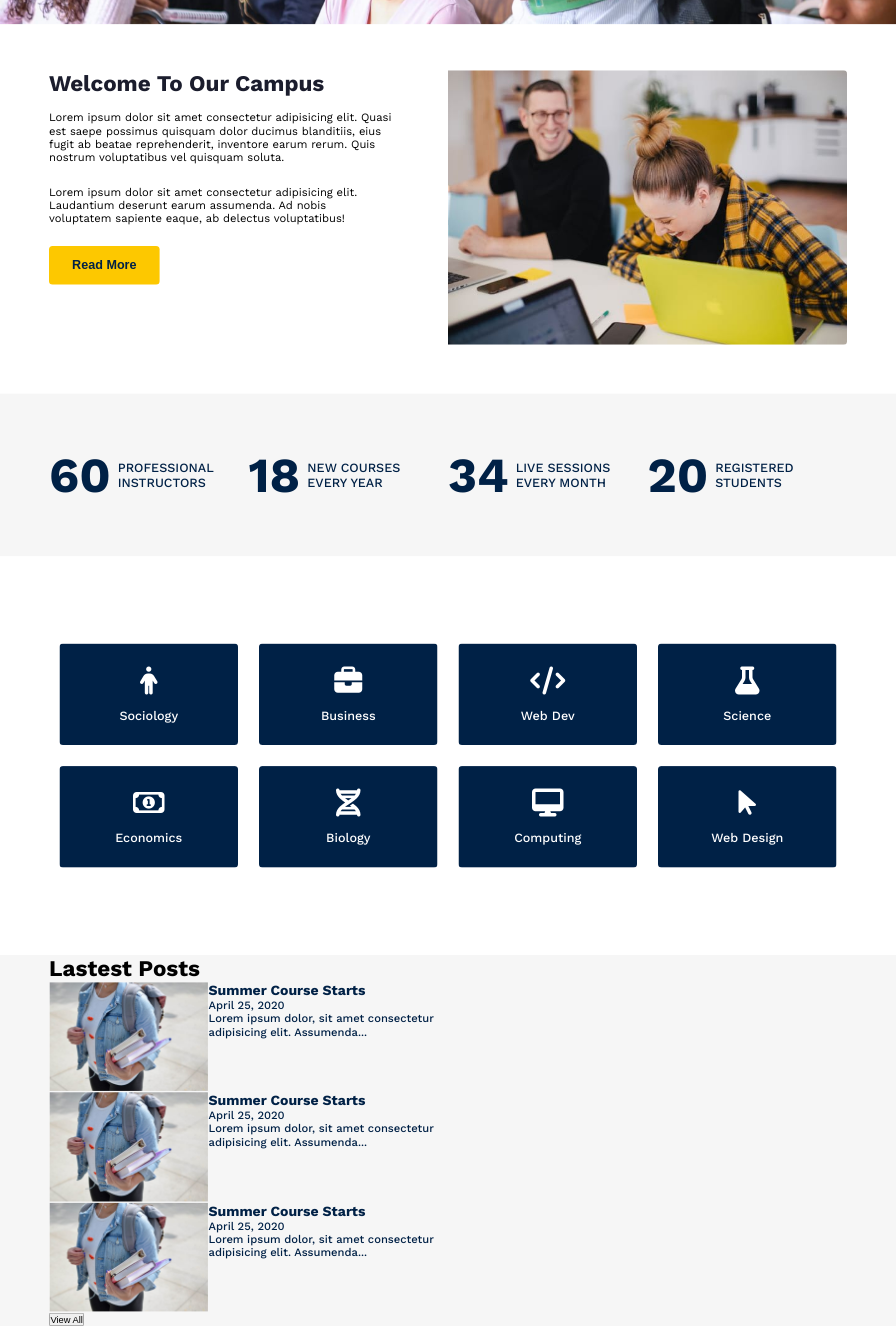
Repository: giahuy405/BC38__Mastery__Pham_Gia_Huy
Page: index.html
These files come from the project's save history. The page is drawn as it stood at one moment and after the next save; the edit follows.
The browser window is 1280 px wide. The pictures show the part of the page from y = 669 to 2589 px (the page is 2563 px tall before and 2589 px after), at 70% of full size.

Above is the page before, as saved 2022-09-10 01:17:59.

### index.html
<!DOCTYPE html>
<html lang="en">
<head>
    <meta charset="UTF-8">
    <meta http-equiv="X-UA-Compatible" content="IE=edge">
    <meta name="viewport" content="width=device-width, initial-scale=1.0">
    <title>Document</title>
    <link href="https://fonts.googleapis.com/css2?family=Montserrat:wght@300;400;500;700;900&family=Work+Sans:wght@300;400;500;700&display=swap" rel="stylesheet">
    <link rel="stylesheet" href="https://cdnjs.cloudflare.com/ajax/libs/font-awesome/6.2.0/css/all.min.css">
    <link rel="stylesheet" href="./index.css">
</head>
<body>
    <header>
        <div class="container">
            <i class="fa-solid fa-pen-to-square"></i>
            <div class="header__title">
                <h1>Mastery</h1>
            </div>
        </div>
    </header>
    <nav>
        <div class="container">
            <ul>
                <li><div class="wrapper"><span class="square individual"><a class="ninth before after"  href="#">Home</a></span></div></li>
                <li><div class="wrapper"><span class="square individual"><a class="ninth before after"  href="#">About</a></span></div></li>
                <li><div class="wrapper"><span class="square individual"><a class="ninth before after"  href="#">Services</a></span></div></li>
                <li><div class="wrapper"><span class="square individual"><a class="ninth before after"  href="#">Contact</a></span></div></li>
            </ul>
        </div>
    </nav>
    <div class="carousel">
        <img src="./img/carousel__website.png" alt="">
    </div>
    <div class="welcome container">
        <div class="welcome__content">
            <h1>Welcome To Our Campus</h1>
            <p>Lorem ipsum dolor sit amet consectetur adipisicing elit. Quasi est saepe possimus quisquam dolor ducimus blanditiis, eius fugit ab beatae reprehenderit, inventore earum rerum. Quis nostrum voluptatibus vel quisquam soluta.</p>

            <p>Lorem ipsum dolor sit amet consectetur adipisicing elit. Laudantium deserunt earum assumenda. Ad nobis voluptatem sapiente eaque, ab delectus voluptatibus!</p>
            <button>Read More</button>
        </div>
        <div class="welcome__img">
            <img src="./img/g1.jpg" alt="">
        </div>
        <div class="clear"></div>
    </div>
    <div class="information">
       <div class="container">
            <div class="information__content">
                <div class="information__title">
                    <h1>60</h1>
                </div>
                <div class="information__desc">
                    <p>PROFESSIONAL</p>
                    <p>INSTRUCTORS</p>
                </div>
                <div class="clear"></div>
            </div>
            <div class="information__content">
                <div class="information__title">
                    <h1>18</h1>
                </div>
                <div class="information__desc">
                    <p>NEW COURSES</p>
                    <p>EVERY YEAR</p>
                </div>
                <div class="clear"></div>
            </div>
            <div class="information__content">
                <div class="information__title">
                    <h1>34</h1>
                </div>
                <div class="information__desc">
                    <p>LIVE SESSIONS</p>
                    <p>EVERY MONTH</p>
                </div>
                <div class="clear"></div>
            </div>
            <div class="information__content">
                <div class="information__title">
                    <h1>20</h1>
                </div>
                <div class="information__desc">
                    <p>REGISTERED</p>
                    <p>STUDENTS</p>
                </div>
                <div class="clear"></div>
            </div>
            <div class="clear"></div>
       </div>
    </div>
    <div class="cards">
        <div class="container">
            <div class="cards-top">
                <div class="card">
                    <a href="#">
                        <div class="card__item">
                            <i class="fa-solid fa-person"></i>
                            <p>Sociology</p>
                        </div>
                    </a>
                </div>
                <div class="card">
                    <a href="#">
                        <div class="card__item">
                            <i class="fa-solid fa-briefcase"></i>
                            <p>Business</p>
                        </div>
                    </a>
                </div>
                <div class="card">
                   <a href="#">
                        <div class="card__item">
                            <i class="fa-solid fa-code"></i>
                            <p>Web Dev</p>
                        </div>
                   </a>
                </div>
                <div class="card">
                   <a href="#">
                        <div class="card__item">
                            <i class="fa-solid fa-flask"></i>
                            <p>Science</p>
                        </div>
                   </a>
                </div>
                <div class="clear"></div>
            </div>
            <div class="card-bottom">
                <div class="card">
                    <a href="#">
                        <div class="card__item">
                            <i class="fa-regular fa-money-bill-1"></i>
                            <p>Economics</p>
                        </div>
                    </a>
                </div>
                <div class="card">
                   <a href="#">
                        <div class="card__item">
                            <i class="fa-solid fa-dna"></i>
                            <p>Biology</p>
                        </div>
                   </a>
                </div>
                <div class="card">
                    <a  href="#">
                        <div class="card__item">
                            <i class="fa-solid fa-desktop"></i>
                            <p>Computing</p>
                        </div>
                    </a>
                </div>
                <div class="card">
                    <a href="#">
                        <div class="card__item">
                            <i class="fa-solid fa-arrow-pointer"></i>
                            <p>Web Design</p>
                        </div>
                    </a>
                </div>
                <div class="clear"></div>
            </div>
        </div>
    </div>
    <div class="news">
        <div class="container">
            <div class="news__lastest-post">
                <h1>Lastest Posts</h1>
                <div class="lastest-post__items">
                    <div class="lastest-post__item">
                        <a href="#" title="Click to learn more">
                            <img src="./img/g9.jpg" alt="">
                            <div class="lastest-post__desc">
                                <h2 >Summer Course Starts</h2>
                                <p>April 25, 2020</p>
                                <p>Lorem ipsum dolor, sit amet consectetur adipisicing elit. Assumenda...</p>
                            </div>
                            <div class="clear"></div>
                        </a>
                    </div>
                    <div class="lastest-post__item">
                        <a href="#">
                            <img src="./img/g9.jpg" alt="">
                            <div class="lastest-post__desc">
                                <h2>Summer Course Starts</h2>
                                <p>April 25, 2020</p>
                                <p>Lorem ipsum dolor, sit amet consectetur adipisicing elit. Assumenda...</p>
                            </div>
                            <div class="clear"></div>
                        </a>
                    </div>
                    <div class="lastest-post__item">
                        <a href="#" >
                            <img src="./img/g9.jpg" alt="">
                            <div class="lastest-post__desc">
                                <h2>Summer Course Starts</h2>
                                <p>April 25, 2020</p>
                                <p>Lorem ipsum dolor, sit amet consectetur adipisicing elit. Assumenda...</p>
                            </div>
                            <div class="clear"></div>
                        </a>
                    </div>
                </div>
                <button>View All</button>
            </div>
            <div class="news__upcoming__events">

            </div>
            <div class="clear"></div>
        </div>
    </div>

</body>
</html>

### index.css
*{
    padding: 0;
    margin: 0;
    box-sizing: border-box;
}
.clear{
    clear: both;
}
html{
    font-size: 16px;
    font-family: 'Work Sans', sans-serif;
}
.container{
    width: 1140px;
    margin: 0 auto;
}
header{
    position: relative;
    margin-top: 15px;
}
.header__title{
    display: inline-block;
     position: absolute;
     top: -4px;
    left: 160px;
}
.header__title h1{
    font-size: 35px;
    color: #1b1d2d;
}
header i{
    background-color: #002146;
    height: 36px;
    width: 36px;
    border-radius: 50%;
    color: #fdc800;
    text-align: center;
    padding-top: 9px;

}
nav ul{
    list-style: none;
    margin-top: 15px;
    margin-left: 18px;

}
nav li{
    display: inline;
    margin-right: 30px;
}

 /*  Hover for Navigation bar */
.wrapper{
    margin:2em 0;
    display: inline;
    font-size: 7px;
}
 a, a:visited, a:hover, a:active{
    -webkit-backface-visibility:hidden;
            backface-visibility:hidden;
      position:relative;
    transition:0.5s color ease;
      text-decoration:none;
      color:#002146;
      font-size:2px;
      font-weight: 500;
}
 a:hover{
    color:#fdc800;
}
 a.before:before, a.after:after{
content: "";
transition:0.5s all ease;
-webkit-backface-visibility:hidden;
        backface-visibility:hidden;
position:absolute;
}
 a.before:before{
top:-0.25em;
}
 a.after:after{
bottom:-0.25em;
}
 a.before:before, a.after:after{
height:5px;
height:0.2rem;
width:0;
background:#fdc800;
}
 a.first:after{
left:0;
}
 a.second:after{
right:0;
}
 a.third:after, a.sixth:before, a.sixth:after{
left:50%;
-webkit-transform:translateX(-50%);
        transform:translateX(-50%);
}
a.fourth:before, a.fourth:after{
left:0;
}
 a.fifth:before, a.fifth:after{
right:0;
}
 a.seventh:before{
right:0;
}
 a.seventh:after{
left:0;
}
 a.eigth:before{
left:0;
}
 a.eigth:after{
right:0;
}
a.before:hover:before, a.after:hover:after{
width:100%;
}
.square{
box-sizing:border-box;
margin-left:-0.4em;
position:relative;
font-size:2.5em;
overflow:hidden;
}
.square a{
position:static;
font-size:100%;
padding:0.2em 0.4em;
}
.square:before,.square:after{
content: "";
box-sizing:border-box;
transition:0.25s all ease;
-webkit-backface-visibility:hidden;
        backface-visibility:hidden;
position:absolute;
width: 5px;
width:0.2rem;
height:0;
background:#fdc800;
}
.square:before{
left:0;
bottom:-0.2em;
}
.square.individual:before{
transition-delay:0.6s;
}
.square:after{
right:0;
top:-0.2em;
}
.square.individual:after{
transition-delay:0.2s;
}
.square a:before{
left:0;
transition:0.25s all ease;
}
.square a:after{
right:0;
transition:0.25s all ease;
}
.square.individual a:after{
transition:0.25s all ease 0.4s;
}
.square:hover:before,.square:hover:after{
height:calc(100% + 0.4em);
}
.square:hover  a:before,.square:hover a:after{
width:100%;
}


/* CAROUSEL / SLIDER */
.carousel{
    width: 100%;
    margin-top: 20px;
}
.carousel img{
max-width: 100%;
height: 597px;
}


/* create WELCOME */
.welcome{
    margin-top: 62px;
    margin-bottom: 66px;
}
.welcome__content h1{
    margin-bottom: 20px;
    color: #1b1d2d;
}
.welcome__content{
    padding-right: 80px;
}
.welcome__content p{
    margin-bottom: 30px;
}
.welcome__content button{
    padding: 17px 33px;
    font-size: 18px;
    font-weight:700;
    color: #002146;
    background-color: #fdc800;
    border: none;
    border-radius: 5px;
    cursor: pointer;
    transition: all 0.2s;
}
.welcome__content button:hover{
    background-color: #002146;
    color: #fdc800;
    box-shadow: 5px 5px 10px black;
}
.welcome__content,.welcome__img{
    width: 50%;
    float: left;
}
.welcome__img img{
    width: 100%;
    border-top-right-radius: 5px;
    border-bottom-right-radius: 5px;
}


/* create INFORMATION  */
.information{
    background-color: #f6f6f6;
    padding: 75px 0;
    margin-bottom: 110px;
}
.information__content{
    float: left;
    width: 25%;
}
.information__content h1{
    display: inline-block;
    font-size: 70px;
    color: #002146;

}
.information__title,.information__desc{
    float: left;
}
.information__desc p:first-child{
    margin-top:20px;
}
.information__desc p{
    margin-left: 10px;
    font-size: 18px;
    color: #002146;
    font-weight: 500;
}


/* create CARDS */
.cards{
    margin-bottom: 110px;
}
.card{
    float: left;
    width: 25%;
    text-align: center;
    padding: 15px;
}
.card__item{
    background-color: #002146;
    padding: 32px 50px;
    border-radius: 5px;
}
.card__item i{
    color: white;
    font-size: 40px;
}
.card__item p{
    color: white;
    font-size: 18px;
    margin-top: 20px;
}
.card a{
    cursor: pointer;
    transition: all 0.2s;
}
.card a:hover{
    opacity: 0.7;
}
.card:hover{
    box-shadow: 1px 1px 10px  black;
    border-radius: 5px;
}


/* NEWS */
.news{
    background-color: #f6f6f6;
}
.news__lastest-post,.news__upcoming__events{
    float: left;
    width: 50%;
}
.lastest-post__item img{
    width: 158px;
    border: 1px solid transparent;
}
.lastest-post__item a img{
    float: left;
    width: 40%;
}
.lastest-post__desc{
    float: left;
    width: 60%;
}
.lastest-post__desc h2{
    font-size: 20px;
}
.lastest-post__desc p{
    font-size: 16px;
}

After the next save:
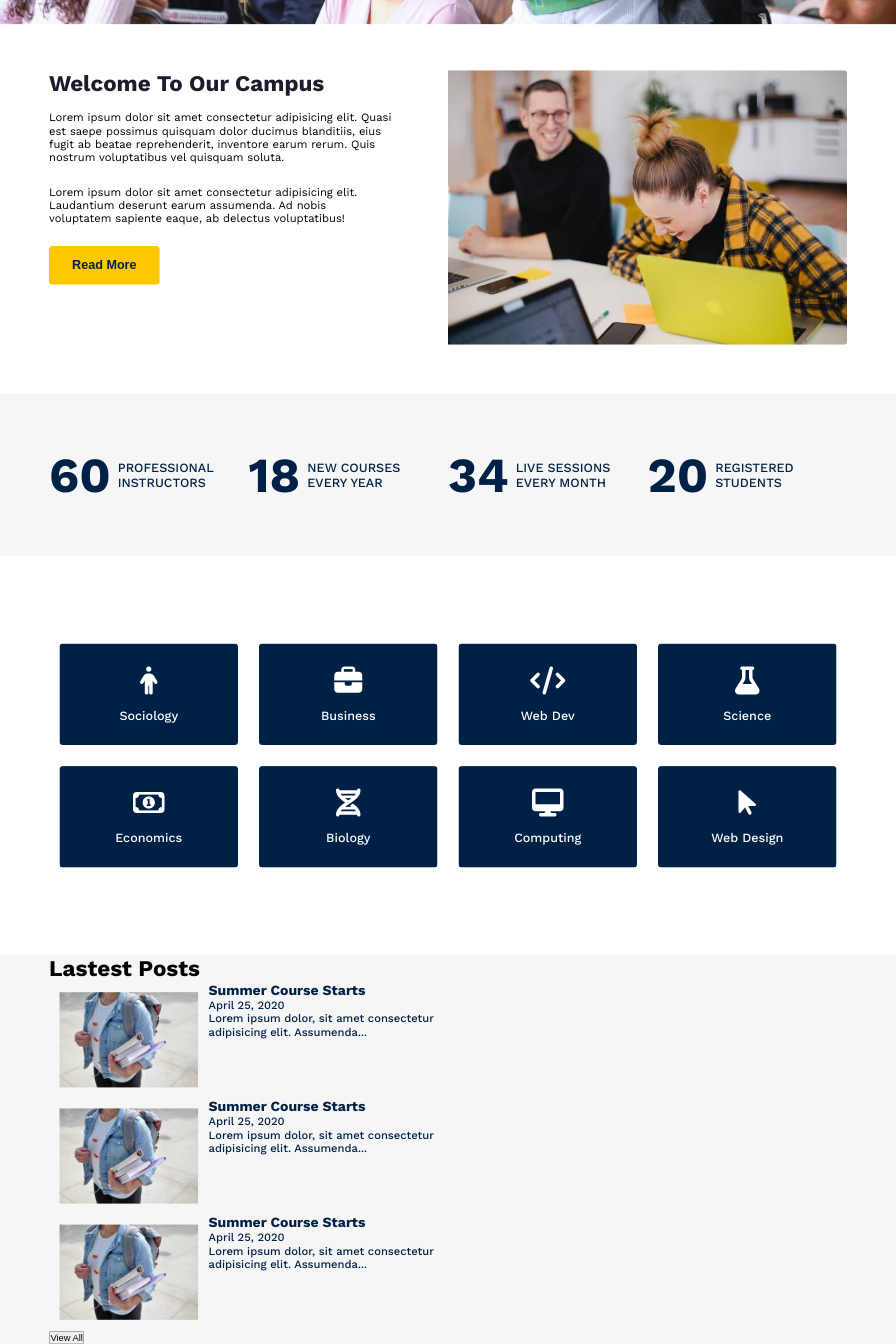
Saved 4 s later.
--- a/index.css
+++ b/index.css
@@ -306,7 +306,7 @@ height: 597px;
 }
 .lastest-post__item img{
     width: 158px;
-    border: 1px solid transparent;
+    border: 15px solid transparent;
 }
 .lastest-post__item a img{
     float: left;
